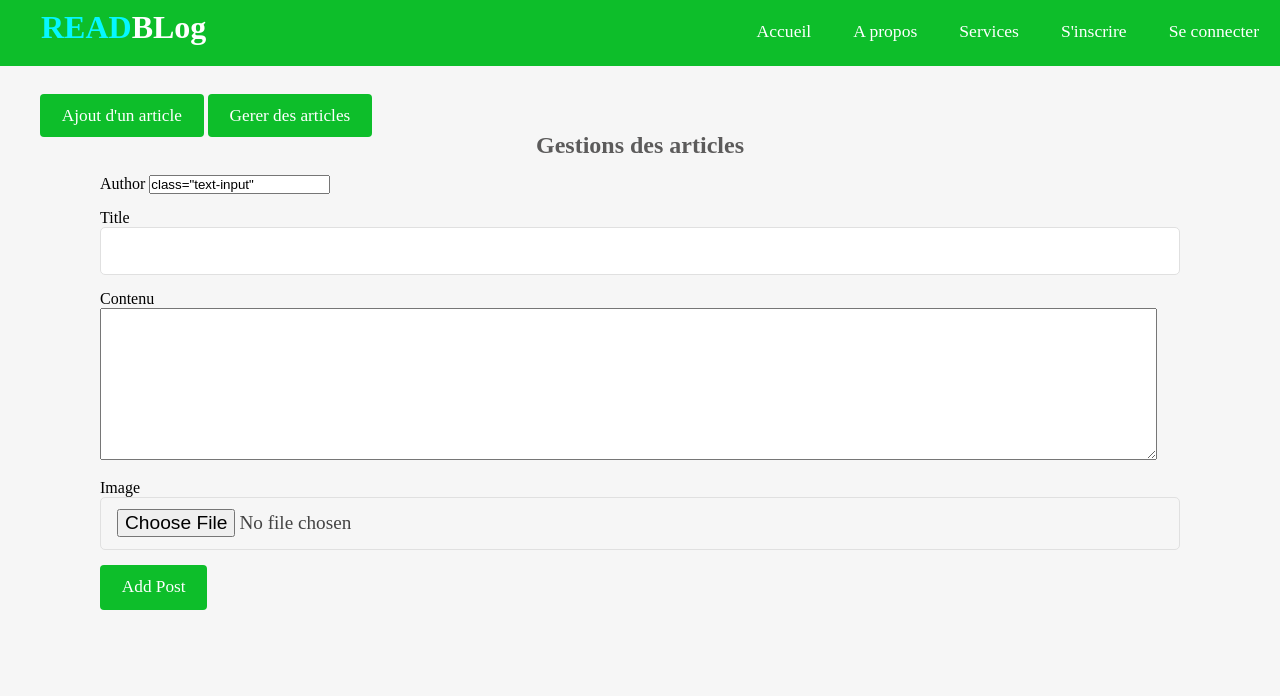
Repository: ahamie71/miniblog
Page: http://localhost/admin/create.php
These files come from the project's save history. The page is drawn as it stood at one moment and after a run of saves; the edit follows.
The browser window is 1280 px wide. The pictures show the whole page.
The page is run by PHP 8.4 with error messages shown; the project is at /var/www/html/.

Above is the page before, as saved 2023-02-28 20:55:26.

### admin/create.php
<?php

require_once('../refactoring.php');

$errors = array();

if (isset($_POST['add-post'])) {

    // la gestion des erreurs de champs du fomrulaire
    $errors = validatePost($_POST);

    // traitement d'image
    if (!empty($_FILES['image']['name'])) {
        $image_name = $_FILES['image']['name'];
        // on creer une destination
        $destination = "../images/$image_name";

        $result = move_uploaded_file($_FILES['image']['tmp_name'], $destination);
        if ($result) {

            $_POST['image'] = $image_name;

        } else {
            array_push($errors, 'l\enregistrement de l\'image a echoué');
        }

    } else {
        array_push($errors, 'Une image est demandée');
    }
    if (count($errors) == 0) {

        $_POST['content'] = nl2br(htmlentities($_POST['content']));
        //enregistrement de l'article
        create($_POST['author'], $_POST['title'], $_POST['content'], $_POST['image']);
        header('location: index.php');
        exit();

    }else{

        $title =$_POST['title'];
        $author =$_POST['author'];
        $content =$_POST['content'];
        $image =$_POST['image'];


    }







}


?>

<!DOCTYPE html>
<html lang="en">

<head>
    <meta charset="UTF-8">
    <meta name="viewport" content="width=device-width, initial-scale=1.0">
    <meta http-equiv="X-UA-Compatible" content="ie=edge">

    <!-- Custom Styling -->
    <link rel="stylesheet" href="../css/style.css">

    <!-- Admin Styling -->
    <link rel="stylesheet" href="../css/admin.css">

    <title>Admin Section - Add Post</title>
</head>

<body>
    <?php include '../inc/header.php'; ?>

    <!-- Admin Page Wrapper -->
    <div class="admin-container">


        <!-- // Left Sidebar -->


        <!-- Admin Content -->
        <div class="admin-content">
            <div class="button-group">
                <a href="create.html" class="btn btn-big">Ajout d'un article</a>
                <a href="index.html" class="btn btn-big"> Gerer des articles</a>
            </div>


            <div class="container">

                <h2 class="page-title"> Gestions des articles</h2>
                <form action="create.php" enctype="multipart/form-data" method="post">
                    <div>
                        <label>Author</label>
                        <input type="text" name="author" value=  class="text-input">
                    </div>
                    <div>
                        <label>Title</label>
                        <input type="text" name="title" class="text-input">
                    </div>
                    <div>
                        <label>Contenu</label>
                        <textarea cols="130" , rows="10" name="content" id="body"></textarea>
                    </div>
                    <div>
                        <label>Image</label>
                        <input type="file" name="image" class="text-input">
                    </div>

                    <div>
                        <button type="submit" name="add-post" class="btn btn-big">Add Post</button>
                    </div>
                </form>

            </div>

        </div>
        <!-- // Admin Content -->

    </div>
    <!-- // Page Wrapper -->


</body>

</html>

### refactoring.php
<?php
require_once 'db.php';


// validation d'un article
function ValidatePost($post)
{
    $errors = array();
    if (empty(($post['author']))) {
        array_push($errors, 'Veiller remplir votre nom');
    }
    if (empty($post['title'])) {
        array_push($errors, 'Veiller remplir le titre  ');

    }
    if (empty($post['content'])) {
        array_push($errors, 'Veiller remplir le content ');

    }
      return $errors;

}

// recuperation de tous les articles
function selectAll()
{
    global $pdo;
    $results = $pdo->query("SELECT * FROM posts
     ORDER BY created_at DESC LIMIT 0,3");
    $posts = $results->fetchAll();
    return $posts;
}

// recuperation d'un article grâce a son identfiant
function selectOne($id)
{
    global $pdo;
    $query = $pdo->prepare('SELECT * FROM posts WHERE id = :post_id');
    $query->execute(array('post_id' => $id));
    $post = $query->fetch();

    return $post;
}

// enregistrement d'un artile
function create($author, $title, $content, $image)
{
    global $pdo;
    $query = $pdo->prepare('INSERT INTO posts (author, title, content, image,created_at)VALUES (:auteur, :titre, :contenu,:image,NOW())');
    $query->execute([
        ':auteur' => $author,
        ':titre' => $title,
        ':contenu' => $content,
        'image' => $image
    ]);


}

### db.php
<?php
$host = 'localhost';
$user = 'root';
$pass = 'root';
$dbname = 'mBlog';

$pdo = new PDO('mysql:host=' . $host . ';dbname=' . $dbname . ';charset=utf8', $user, $pass, [
        PDO::ATTR_ERRMODE => PDO::ERRMODE_EXCEPTION,
        PDO::ATTR_DEFAULT_FETCH_MODE => PDO::FETCH_ASSOC,
]);
?>

### inc/header.php
<header>
        <div class="logo">
            <h1 class="logo-text"><span>READ</span>BLog</h1>
        </div>
        <ul class="nav">
            <li><a href="index.html">Accueil</a></li>
            <li><a href="#">A propos</a></li>
            <li><a href="#">Services</a></li>
            <li><a href="#">S'inscrire</a></li>
            <li><a href="#">Se connecter</a></li>
        </ul>
    </header>

### css/style.css
* {
  box-sizing: border-box;
  margin:0;
  padding: 0;
}

html,
body {
  height: 100%;
  padding: 0px;
  margin: 0px;
  background: #f6f6f6;
  font-family: serif;
}

h1,
h2,
h3,
h4,
h5,
h6 {
  font-family: serif;
  color: #5c5b5b;
  margin: 5px;
}

a {
  text-decoration: none;
  color: inherit;
}
.pagination{
  width: 20%;
  margin: 10px auto;
}
.page{
  display: inline-block;
  width: 40px;
  height: 40px;
  text-align: center;
  font-size: x-large;
  padding-top: 5px;
  background: #ccc;
  border:1px solid black;
  border-radius: 5px;
}
.page.active{
  background:  #0b6c99;
}

.btn {
  padding: .5rem 1rem;
  background: #0dbe2a;
  color: white;
  border: 1px solid transparent;
  border-radius: .25rem;
  font-size: 1.08em;
  font-family: 'Lora', serif;
}

.btn-big {
  padding: .7rem 1.3rem;
  line-height: 1.3rem;
}

.btn:hover {
  color: white !important;
  background: #0a8d75;
}

.text-input {
  padding: .7rem 1rem;
  display: block;
  width: 100%;
  border-radius: 5px;
  border: 1px solid #e0e0e0;
  outline: none;
  color: #444;
  line-height: 1.5rem;
  font-size: 1.2em;
  font-family: 'Lora', serif;
}

.msg {
  width: 100%;
  margin: 5px auto;
  padding: 8px;
  border-radius: 5px;
  list-style: none;
}

.success {
  color: #3a6e3a;
  border: 1px solid #3a6e3a;
  background: #bcf5bc;
}

.error {
  color: #884b4b;
  border: 1px solid #884b4b;
  background: #f5bcbc;
}

/* NAVBAR */

header {
  background: #0dbe2a;
  height: 66px;
}

header * {
  color: white;
}

header .logo {
  float: left;
  height: inherit;
  margin-left: 2em;
}

header .logo-text {
  margin: 9px;
  font-family: 'Candal', serif;
}

header .logo-text span {
  color: #05f7ff;
}

header ul {
  float: right;
  margin: 0px;
  padding: 0px;
  list-style: none;
}

header ul li {
  float: left;
  position: relative;
}

header ul li ul {
  position: absolute;
  top: 66px;
  right: 0px;
  width: 180px;
  display: none;
  z-index: 88888;
}

header ul li:hover ul {
  display: block;
}

header ul li ul li {
  width: 100%;
}

header ul li ul li a {
  padding: 10px;
  background: white;
  color: #444;
}



header ul li ul li a:hover {
  background: #0a8d75;
}

header ul li a {
  display: block;
  padding: 21px;
  font-size: 1.1em;
  text-decoration: none;
}

header ul li a:hover {
  background: #0a8d75;
  transition: 0.5s;
}



.page-container {
  min-height: 90%;
}

.page-container a:hover {
  color: #006669;
}


.posts .posts-title {
  text-align: center;
  margin: 30px auto;
}
.posts .post-container {
  width: 84%;
  height: 350px;
  margin: 0px auto;
  overflow: hidden;
  padding: 10px 0px 10px 0px;
}

.posts .post-container .post {
  width: 300px;
  height: 330px;
  margin: 0px 10px;
  display: inline-block;
  background: white;
  border-radius: 5px;
  box-shadow: 1rem 1rem 1rem -1rem #a0a0a033;
}

.posts .post-container .post .post-info {
  height: 130px;
  padding: 0px 5px;
}

.posts .post-container .post .slider-image {
  width: 100%;
  height: 200px;
  border-top-left-radius: 5px;
  border-top-right-radius: 5px;
}

/* CONTENT */

.container {
  width: 90%;
  margin: auto;
}

.container .main-content {

  margin: auto;
}

.container .main-content.single {
  background: white;
  padding: 20px 50px;
  font-size: 1.1em;
  border-radius: 5px;
}

.container .main-content.single .post-title {
  text-align: center;
  margin-bottom: 40px;
}
.container .main-content.single .post-image{
  margin:auto;
  height: 400px;
  width: 100%;
}
.container .main-content.single .post-image img{
  height: 100%;
  width: 100%;

}
.comments{
  background: #fff;
  padding: 20px;
}
.comment .contenu{
  color: #686868;
  font-size: large;
  overflow:hidden;
}
.comment .sup{
  color: #e91515;
}

/* FOOTER */

.footer {
  background: #303036;
  color: #d3d3d3;
  height: 400px;
  position: relative;
}

.footer .footer-content {
  height: 350px;
  display: flex;
}

.footer .footer-content .footer-section {
  flex: 1;
  padding: 25px;
}

.footer .footer-content h1,
.footer .footer-content h2 {
  color: white;
}

.footer .footer-content .about h1 span {
  color: #05f7ff;
}

.footer .footer-content .about .contact span {
  display: block;
  font-size: 1.1em;
  margin-bottom: 8px;
}

.footer .footer-content .about .socials a {
  border: 1px solid gray;
  width: 45px;
  height: 41px;
  padding-top: 5px;
  margin-right: 5px;
  text-align: center;
  display: inline-block;
  font-size: 1.3em;
  border-radius: 5px;
  transition: all .3s;
}

.footer .footer-content .about .socials a:hover {
  border: 1px solid white;
  color: white;
  transition: all .3s;
}

.footer .footer-content .links ul a {
  display: block;
  margin-bottom: 10px;
  font-size: 1.2em;
  transition: all .3s;
}

.footer .footer-content .links ul a:hover {
  color: white;
  margin-left: 15px;
  transition: all .3s;
}

.footer .footer-content .contact-form .contact-input {
  background: #272727;
  color: #bebdbd;
  margin-bottom: 10px;
  line-height: 1.5rem;
  padding: .9rem 1.4rem;
  border: none;
}

.footer .footer-content .contact-form .contact-input:focus {
  background: #1a1a1a;
}

.footer .footer-content .contact-form .contact-btn {
  float: right;
  font-size: 1.1em;
  font-family: 'Lora', serif;
}

.footer .footer-bottom {
  background: #343a40;
  color: #686868;
  height: 50px;
  width: 100%;
  text-align: center;
  position: absolute;
  bottom: 0px;
  left: 0px;
  padding-top: 20px;
}

### css/admin.css

.admin-container {
  height: auto;
}

.admin-container .admin-content {
  height: 100%;
  padding: 40px;
}
.admin-content .page-title {
  text-align: center;
  margin-bottom: 1rem;
}

table {
  width: 100%;
  border-collapse: collapse;
  font-size: 1.1rem;
}

th,
td {
  padding: 15px;
  text-align: left;
  border-bottom: 1px solid #d3d3d3;
}

.edit {
  color: green;
}

.delete {
  color: red;
}


.edit:hover,
.delete:hover {
  text-decoration: underline;
}

form div {
  margin-bottom: 15px;
}

After the next 2 saves:
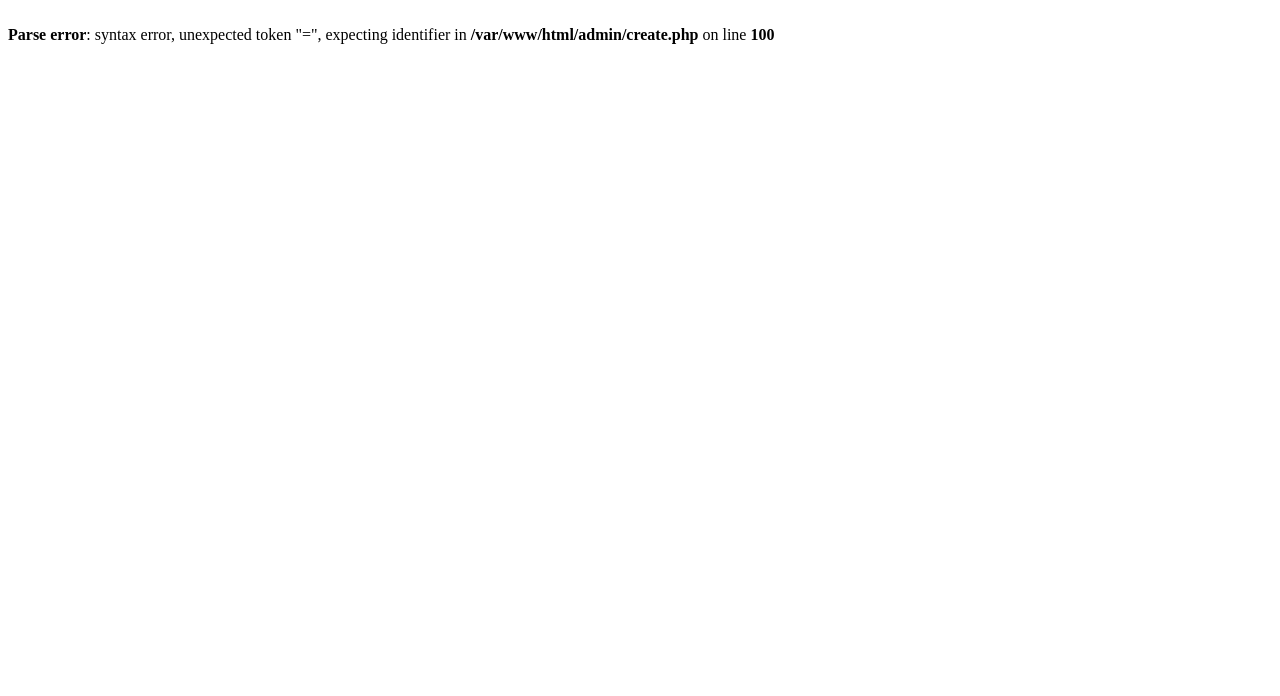
The 2 saves are shown as one change because they came seconds apart.
The last was saved 4 s later.
--- a/admin/create.php
+++ b/admin/create.php
@@ -97,7 +97,7 @@
                 <form action="create.php" enctype="multipart/form-data" method="post">
                     <div>
                         <label>Author</label>
-                        <input type="text" name="author" value=  class="text-input">
+                        <input type="text" name="author" value= <? class="text-input">
                     </div>
                     <div>
                         <label>Title</label>

After the 2 saves that followed:
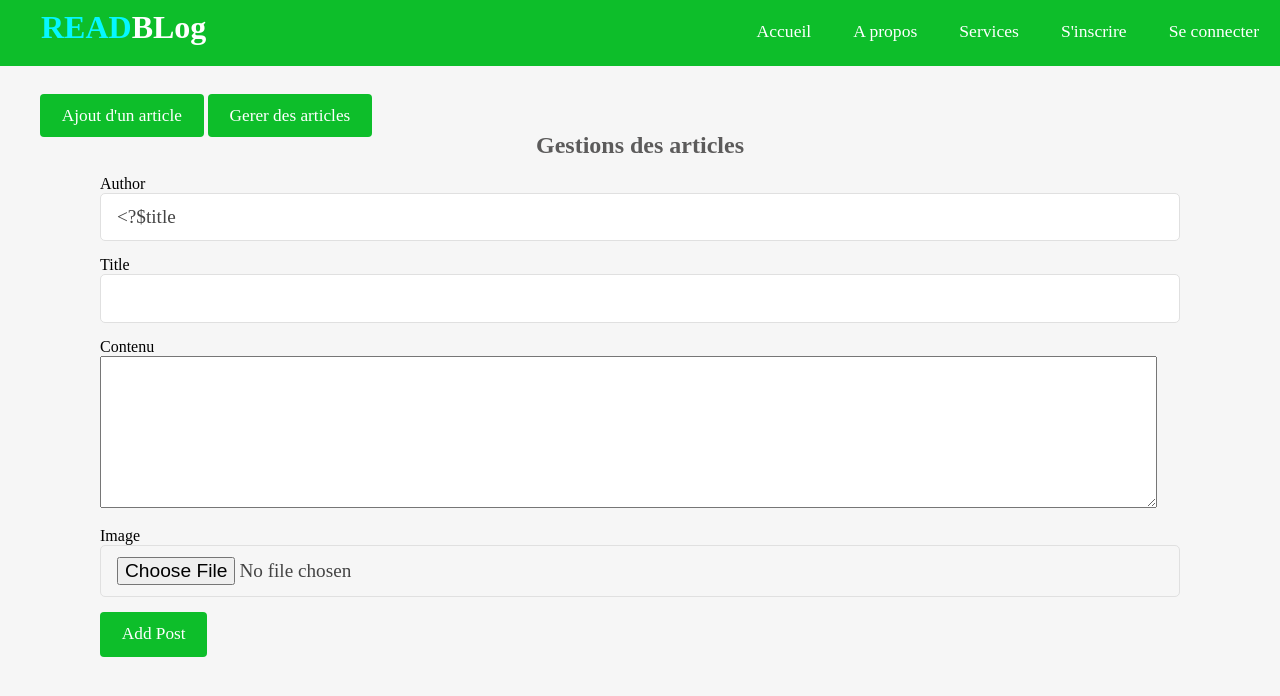
The 2 saves are shown as one change because they came seconds apart.
The last was saved 23 s later.
--- a/admin/create.php
+++ b/admin/create.php
@@ -97,7 +97,7 @@
                 <form action="create.php" enctype="multipart/form-data" method="post">
                     <div>
                         <label>Author</label>
-                        <input type="text" name="author" value= <? class="text-input">
+                        <input type="text" name="author" value= <?$title class="text-input">
                     </div>
                     <div>
                         <label>Title</label>
